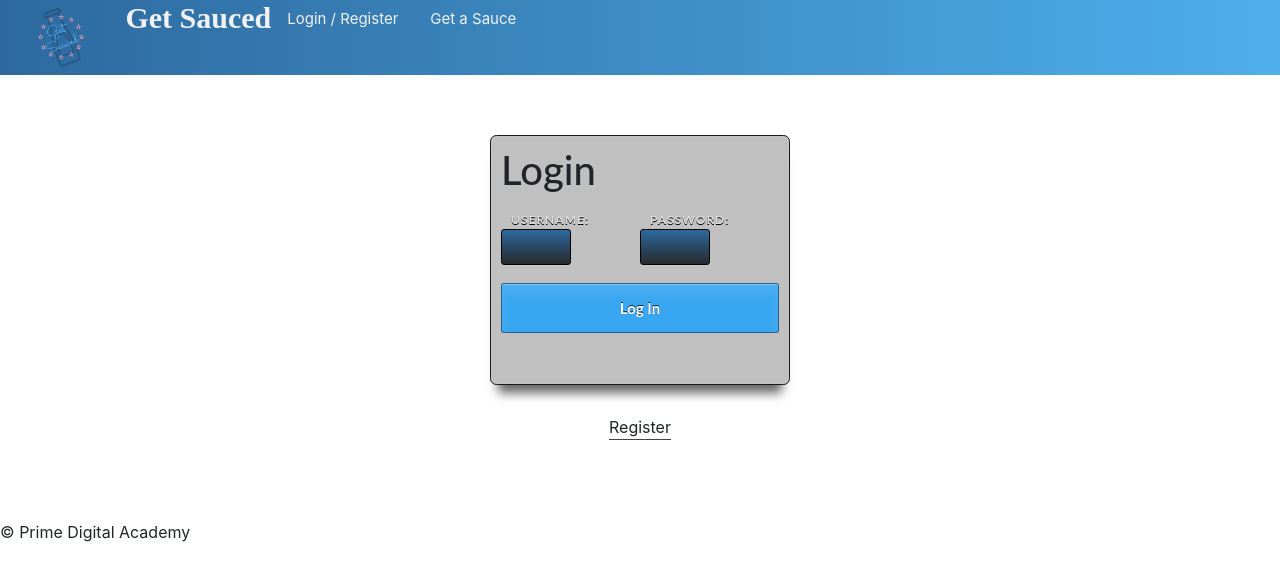
Repository: cossalter18/getSauced
Page: /
These files come from the project's save history. The page is drawn as it stood at one moment and after the next save; the edit follows.
The browser window is 1280 px wide. The pictures show the whole page.
The page's requests for data from a server got no answer. The project was rebuilt for these pictures with package versions that can differ from the ones it lists, and the page was loaded fresh each time. No one was signed in, and anything a server would have sent is missing. Also part of the build but not shown: src/components/LogOutButton/LogOutButton.js, src/components/RegisterPage/RegisterPage.js, src/components/AboutPage/AboutPage.css, src/components/AboutPage/AboutPage.js, src/components/UserPage/UserPage.js, src/components/BlogPost/BlogPost.js, src/components/NewPost/NewPost.css, src/components/NewPost/NewPost.js and 8 more.

Above is the page before, as saved 2020-06-03 11:28:47.

After the next save:
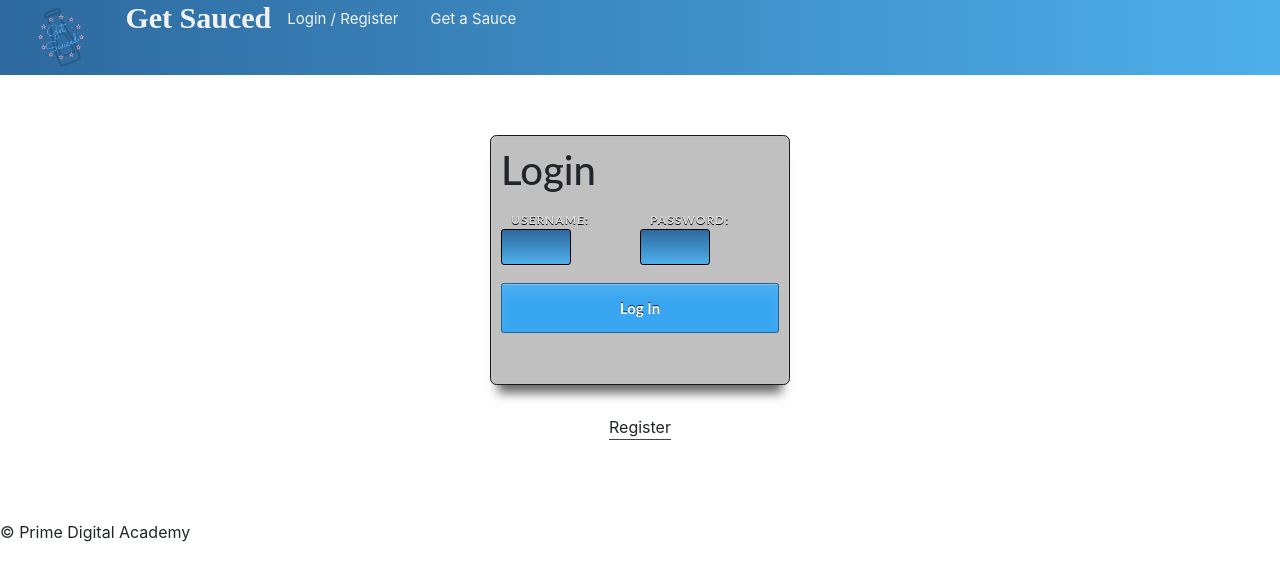
Saved 6 s later.
--- a/src/components/LoginPage/LoginPage.css
+++ b/src/components/LoginPage/LoginPage.css
@@ -44,7 +44,7 @@
     font-size: 12px;
 
     /* Styles */
-    background: linear-gradient(#2d699e, #27292c);
+    background: linear-gradient(#2d699e, #4eafeb);
     border: 1px solid #000;
     box-shadow:
         0 1px 0 rgba(255,255,255,0.1);
